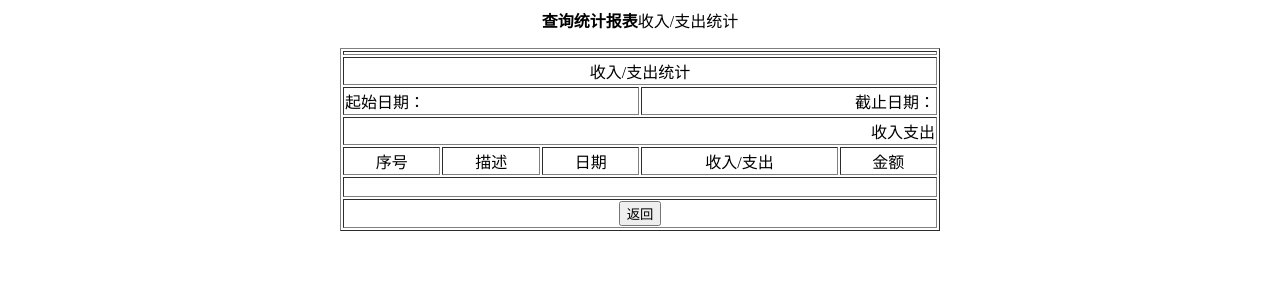
Repository: yuxingyan/OneCrewFlour
Page: http://localhost/Flour/showpayout.jsp
The author's editor kept a copy of each file at every save. The page is drawn from the files as they stood at one save, then again after the next save.
The browser window is 1280 px wide. The pictures show the whole page.
The page is served by Tomcat 9. Nobody is signed in. The application's start-up code is not run. Other server files are loaded and not shown.

Above is the page before, as saved 2018-01-11 07:18:46.

### Flour/WebRoot/showpayout.jsp
<%@ page language="java" import="java.util.*" pageEncoding="utf-8"%>
<%
String path = request.getContextPath();
String basePath = request.getScheme()+"://"+request.getServerName()+":"+request.getServerPort()+path+"/";
%>

<!DOCTYPE HTML PUBLIC "-//W3C//DTD HTML 4.01 Transitional//EN">
<html>
  <head>
    <base href="<%=basePath%>">

    <title>My JSP 'showpayout.jsp' starting page</title>

	<meta http-equiv="pragma" content="no-cache">
	<meta http-equiv="cache-control" content="no-cache">
	<meta http-equiv="expires" content="0">
	<meta http-equiv="keywords" content="keyword1,keyword2,keyword3">
	<meta http-equiv="description" content="This is my page">
	<!--
	<link rel="stylesheet" type="text/css" href="styles.css">
	-->

  </head>

  <body>
    <center>
    <form   name="收入/支出统计" action="" method="post">
    <p><b>查询统计报表</b>收入/支出统计</p>
    <table border="1" width="600">
    <tr><td colspan="10" ></td></tr>
    <tr height="20px"><td align="center" colspan="6" >收入/支出统计</td></tr>
    <tr height="20px"><td align="left" colspan="3" >起始日期：</td><td align="right" colspan="3" >截止日期：</td>
    <tr height="20px"><td align="right" colspan="6" >收入支出</td></tr>
    <tr>
    <td align="center">序号</td>
     <td align="center">描述</td>
      <td align="center">日期</td>
       <td align="center">收入/支出</td>
        <td align="center">金额</td>
        </tr>
        <tr height="20px"><td align="right" colspan="6" ></td></tr>
        <tr><td align="center" colspan="10" >
      <button type="button">返回</button>
      </td></tr>
    </table>
    </form>
    </center>
  </body>
</html>

After the next save:
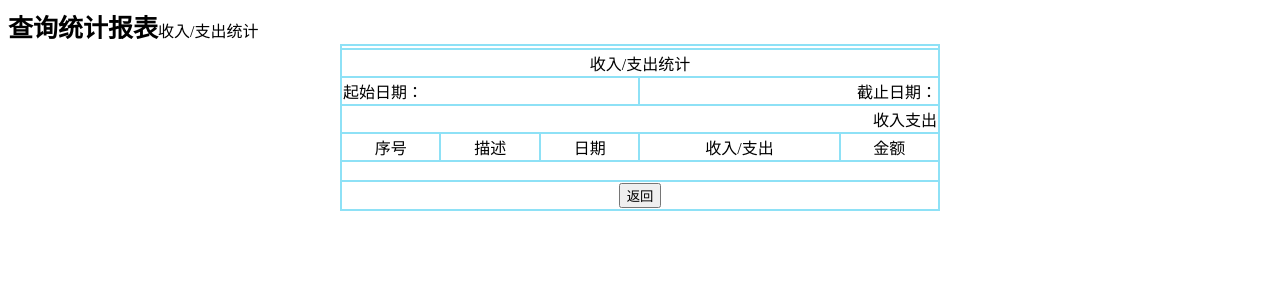
Saved 22 s later.
--- a/Flour/WebRoot/showpayout.jsp
+++ b/Flour/WebRoot/showpayout.jsp
@@ -22,11 +22,11 @@ String basePath = request.getScheme()+"://"+request.getServerName()+":"+request.
 
   </head>
 
-  <body>
+  <body>   <strong style="font-size:25px">查询统计报表</strong>收入/支出统计
     <center>
     <form   name="收入/支出统计" action="" method="post">
-    <p><b>查询统计报表</b>收入/支出统计</p>
-    <table border="1" width="600">
+
+      <table border="1" width="600"  cellspacing="0" bordercolor="#8EE1F6">
     <tr><td colspan="10" ></td></tr>
     <tr height="20px"><td align="center" colspan="6" >收入/支出统计</td></tr>
     <tr height="20px"><td align="left" colspan="3" >起始日期：</td><td align="right" colspan="3" >截止日期：</td>
